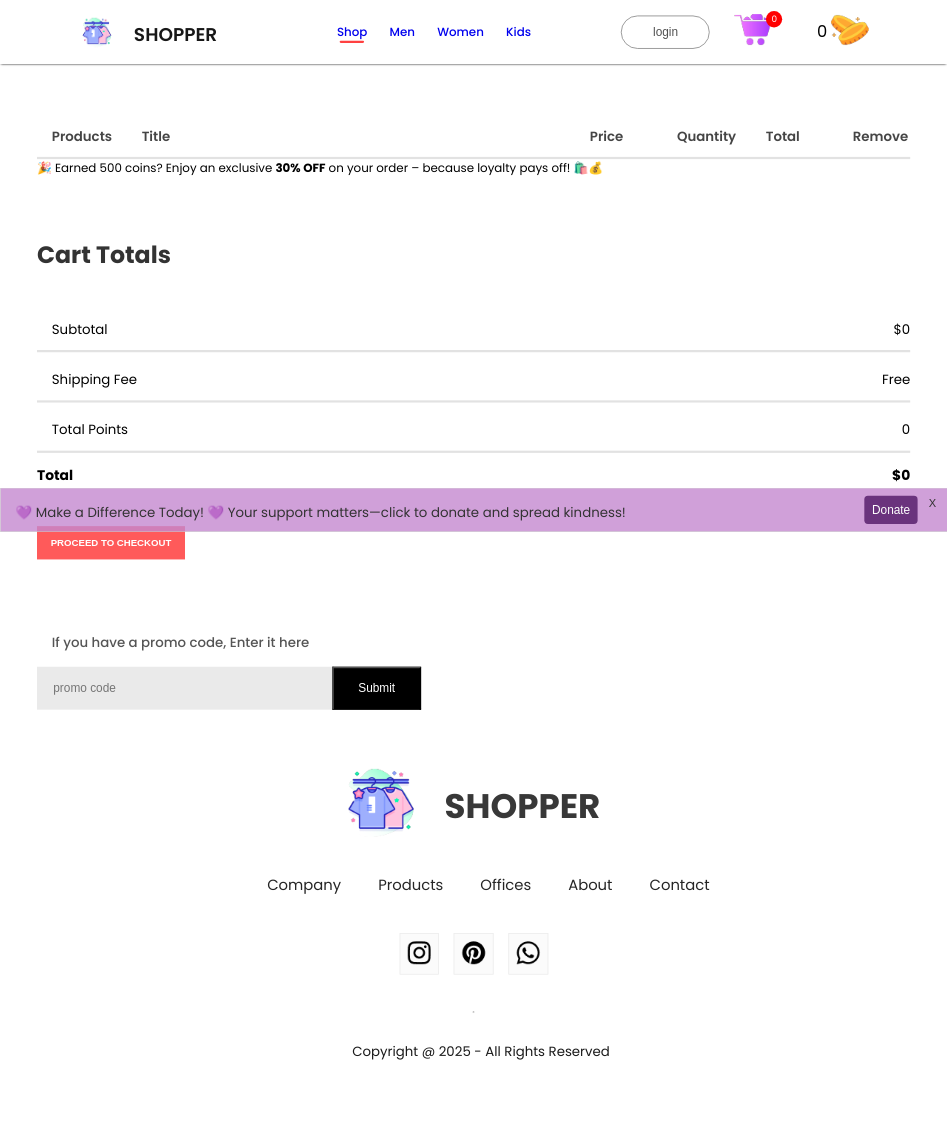
Repository: PayalJakhar/Shoppers-E-commerce-Website
Page: /cart (app in frontend/)
These files come from the project's save history. The page is drawn as it stood at one moment and after the next save; the edit follows.
The browser window is 1280 px wide. The pictures show the whole page, at 74% of full size.
The page's requests for data from a server got no answer. The project was rebuilt for these pictures with package versions that can differ from the ones it lists, and the page was loaded fresh each time. No one was signed in, and anything a server would have sent is missing. Also part of the build but not shown: frontend/src/App.css, frontend/src/Components/Hero/Hero.css, frontend/src/Components/Hero/Hero.jsx, frontend/src/Components/Popular/Popular.css, frontend/src/Components/Item/Item.css, frontend/src/Components/Item/Item.jsx, frontend/src/Components/Popular/Popular.jsx, frontend/src/Components/Offers/Offers.css and 21 more.

Above is the page before, as saved 2025-02-07 23:39:34.

After the next save:
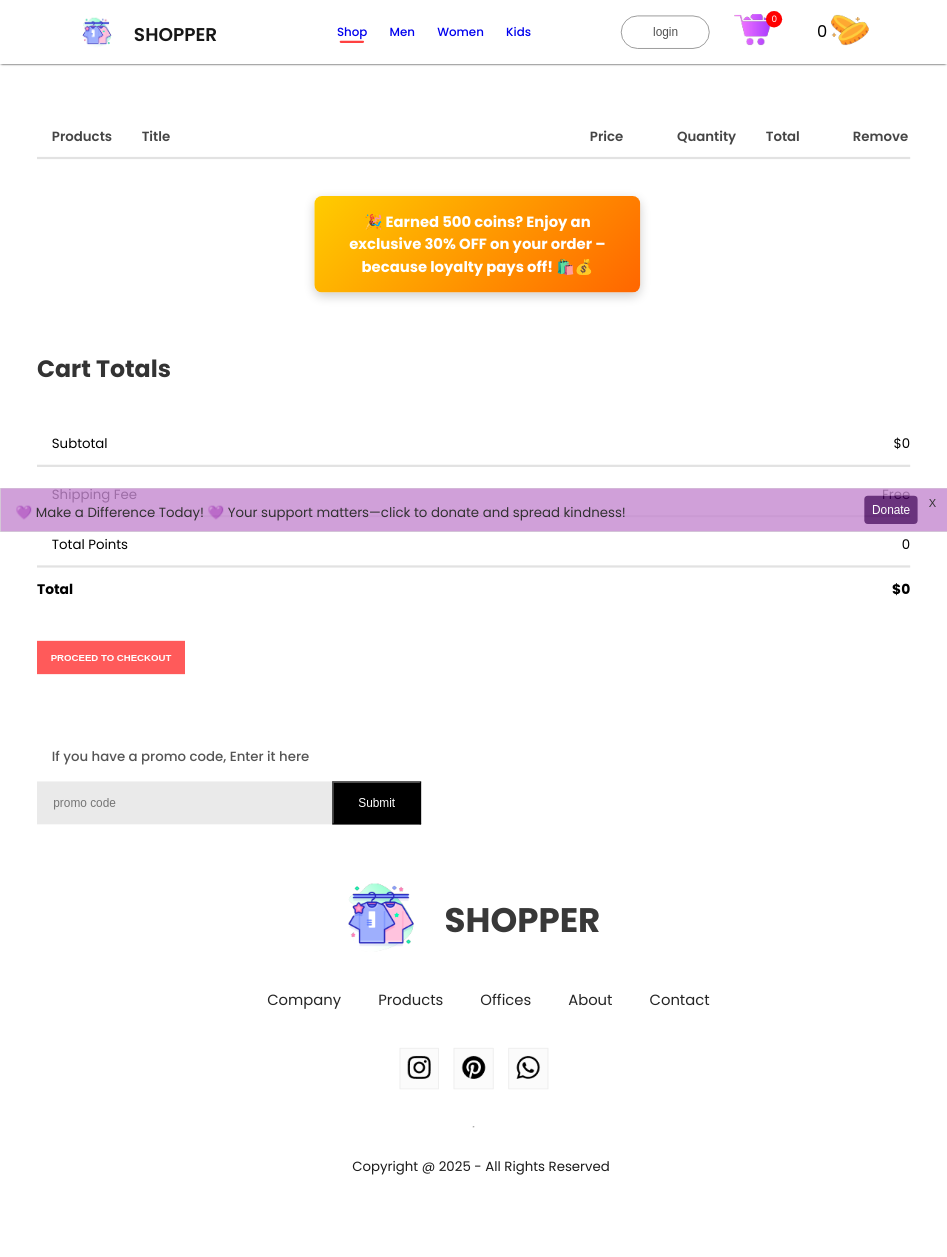
Saved 22 s later.
--- a/frontend/src/Components/CartItems/CartItems.css
+++ b/frontend/src/Components/CartItems/CartItems.css
@@ -98,6 +98,28 @@
     cursor: pointer;
 }
 
+
+@keyframes shake {
+    0%, 100% { transform: translateX(0); }
+    20%, 80% { transform: translateX(-5px); }
+    40%, 60% { transform: translateX(5px); }
+  }
+
+  .animated-box {
+    background: linear-gradient(135deg, #ffcc00, #ff6600);
+    color: white;
+    font-size: 20px;
+    font-weight: bold;
+    padding: 20px;
+    border-radius: 10px;
+    text-align: center;
+    max-width: 400px;
+    margin: 50px auto;
+    box-shadow: 0 5px 15px rgba(0, 0, 0, 0.2);
+    animation: shake 0.5s ease-in-out infinite;
+  }
+
+
 @media(max-width:1280px){
     .cartitems{
         margin: 60px 50px;
